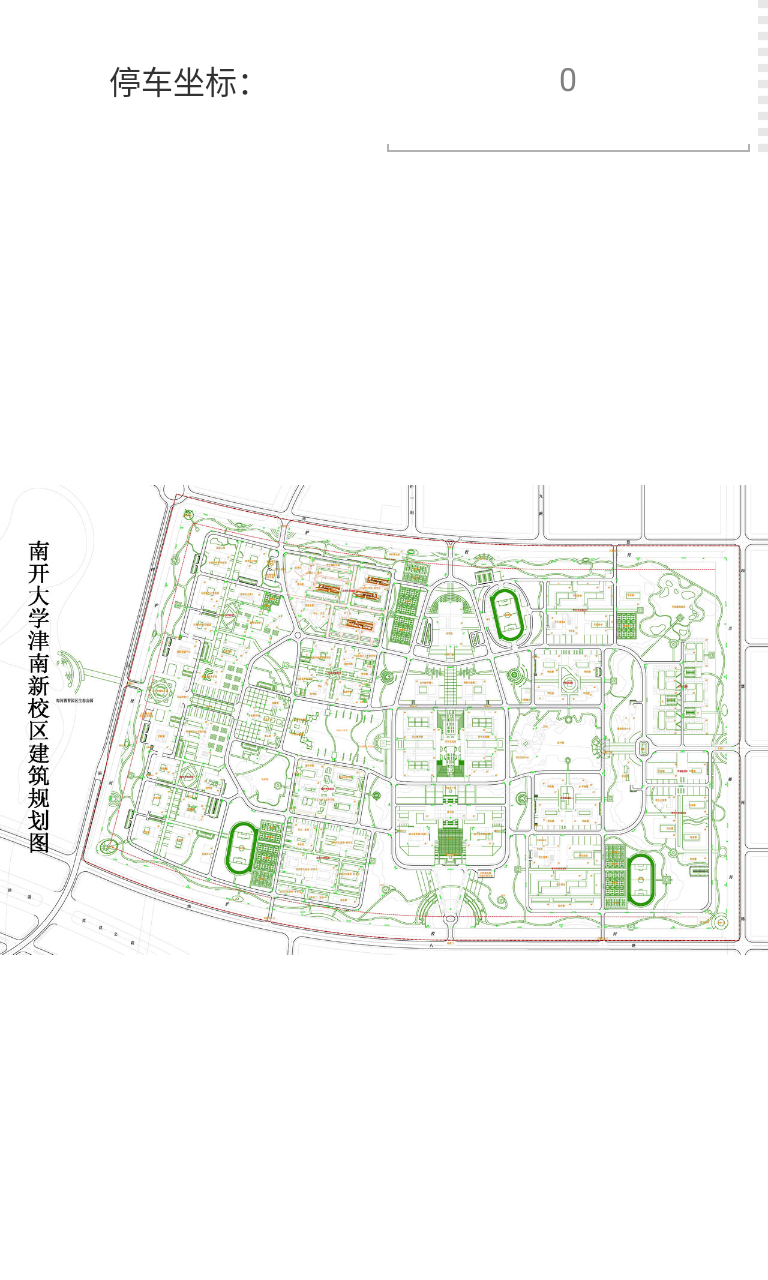
Repository: CovaWang/temporary_embedded
Layout: 7#车联·共享单车/代码/代码/res/layout/compass.xml
The author's editor kept a copy of each file at every save. The layout is drawn from the files as they stood at one save, then again after the next save.
It is drawn on a 768 x 1280 px phone screen (xhdpi) without system bars, with theme AppTheme; the app's code is not run.

Above is the layout before, as saved 2024-04-24 11:31:54.

### 7#车联·共享单车/代码/代码/res/layout/compass.xml
<?xml version="1.0" encoding="utf-8"?>
<LinearLayout xmlns:android="http://schemas.android.com/apk/res/android"
    android:layout_width="fill_parent"
    android:layout_height="match_parent"
    android:orientation="vertical" >

    <LinearLayout
       	android:layout_width="match_parent"
       	android:layout_height="match_parent"
       	android:orientation="horizontal"
		android:layout_weight="7">
	    <TextView
			android:layout_width="match_parent"
			android:layout_height="match_parent"
			android:gravity="center"
			android:text="停车坐标："
			android:textSize="16dp"
			android:layout_weight="1" />

	    <EditText
	        android:id="@+id/compass_text1"
			android:layout_width="10dp"
			android:layout_height="10dp"
			android:gravity="center"
			android:hint="0"
			android:textSize="16sp"
			android:textColor="#8A2BE2"
			android:layout_weight="1" />

	    <EditText
	        android:id="@+id/compass_text2"
			android:layout_width="match_parent"
			android:layout_height="match_parent"
			android:gravity="center"
			android:hint="0"
			android:textSize="16sp"
			android:textColor="#8A2BE2"
			android:layout_weight="1" />

	    <Button
	        android:id="@+id/compass_Button"
	        android:layout_width="match_parent"
			android:layout_height="match_parent"
			android:gravity="center"
	        android:background="@drawable/map_button"
	        android:layout_weight="1"  />

   </LinearLayout>

    <ImageView
        android:id="@+id/compass_img"
        android:layout_width="match_parent"
        android:layout_height="match_parent"
        android:layout_gravity="center"
        android:src="@drawable/map"
        android:layout_weight="1" />

</LinearLayout>

### 7#车联·共享单车/代码/代码/res/values/styles.xml
<resources>

    <!--
        Base application theme, dependent on API level. This theme is replaced
        by AppBaseTheme from res/values-vXX/styles.xml on newer devices.

    -->
    <style name="AppBaseTheme" parent="android:Theme.Light">
        <!--
            Theme customizations available in newer API levels can go in
            res/values-vXX/styles.xml, while customizations related to
            backward-compatibility can go here.

        -->
    </style>

    <!-- Application theme. -->
    <style name="AppTheme" parent="AppBaseTheme">
        <!-- All customizations that are NOT specific to a particular API-level can go here. -->
    </style>
    <!-- 高宽都包裹内容 -->
    <style name="wrapcontent">
        <item name="android:layout_width">wrap_content</item>
        <item name="android:layout_height">wrap_content</item>
    </style>

    <!-- 自定义对话框样式 -->
    <style name="dialog_custom" parent="android:style/Theme.Dialog">
        <item name="android:windowFrame">@null</item>
        <item name="android:windowNoTitle">true</item>
        <item name="android:background">#00000000</item>
        <item name="android:windowBackground">@android:color/transparent</item>
    </style>
    <!-- TextView 16sp样式 -->
    <style name="textview16sp" parent="wrapcontent">
        <item name="android:textSize">16sp</item>
        <item name="android:gravity">center_vertical</item>
    </style>

    <!-- TextView 14sp样式 -->
    <style name="textview12sp" parent="wrapcontent">
        <item name="android:textSize">12sp</item>
        <item name="android:gravity">center_vertical</item>
    </style>
    <!-- TextView 14sp样式 -->
    <style name="textview14sp" parent="wrapcontent">
        <item name="android:textSize">14sp</item>
        <item name="android:gravity">center_vertical</item>
    </style>

    <!-- 宽度为0dp,高度为包裹内容，权重为1 -->
    <style name="zero_widthwrapcontent">
        <item name="android:layout_width">0dp</item>
        <item name="android:layout_height">wrap_content</item>
        <item name="android:layout_weight">1</item>
    </style>

    <!-- 黄色14sp,图片间距为5dp的textview -->
    <style name="tvyellow14sp" parent="zero_widthwrapcontent">
        <item name="android:textSize">14sp</item>
        <item name="android:drawablePadding">3dp</item>
        <item name="android:gravity">center</item>
        <item name="android:textColor">@color/bright_yellow</item>
    </style>

</resources>

Loaded but not shown: 7#车联·共享单车/代码/代码/res/values-v11/styles.xml (common file); 7#车联·共享单车/代码/代码/res/values-v14/styles.xml (common file)

After the next save:
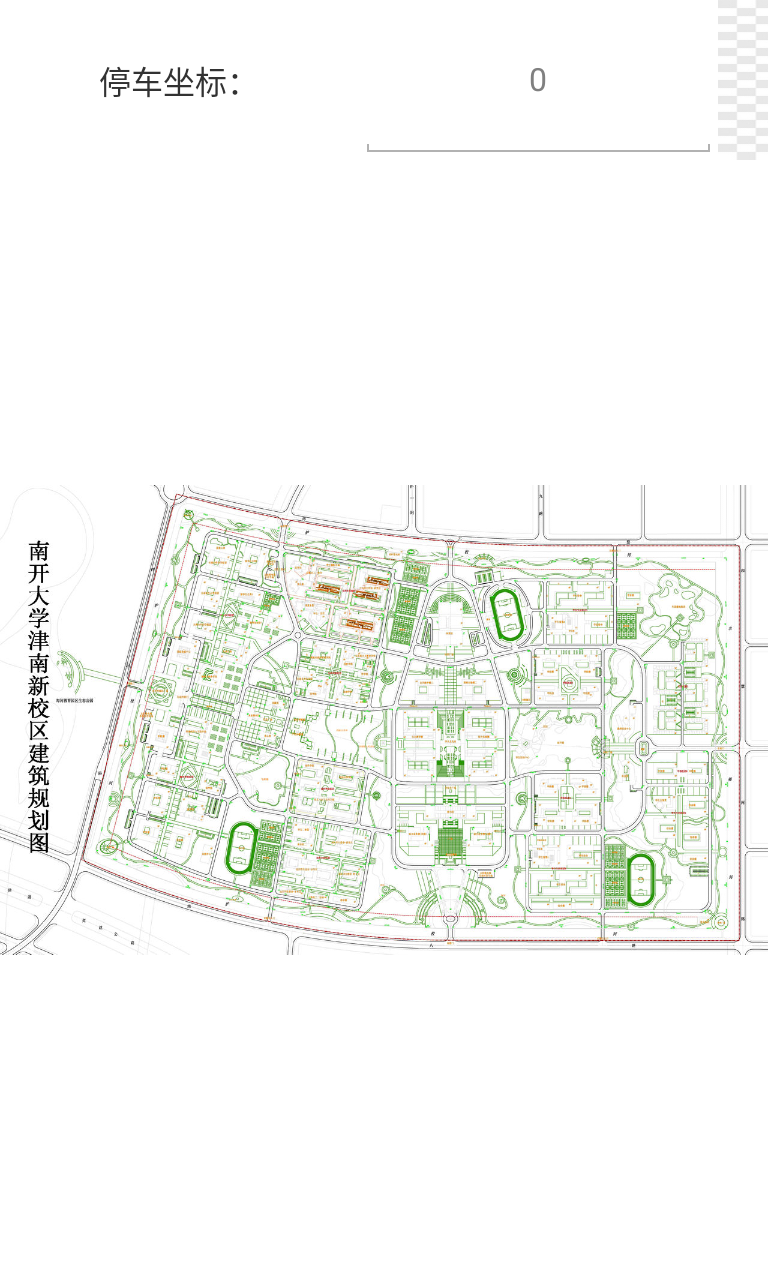
Saved 2 min 9 s later.
--- a/7#车联·共享单车/代码/代码/res/layout/compass.xml
+++ b/7#车联·共享单车/代码/代码/res/layout/compass.xml
@@ -19,8 +19,8 @@
 
 	    <EditText
 	        android:id="@+id/compass_text1"
-			android:layout_width="10dp"
-			android:layout_height="10dp"
+			android:layout_width="50dp"
+			android:layout_height="50dp"
 			android:gravity="center"
 			android:hint="0"
 			android:textSize="16sp"
